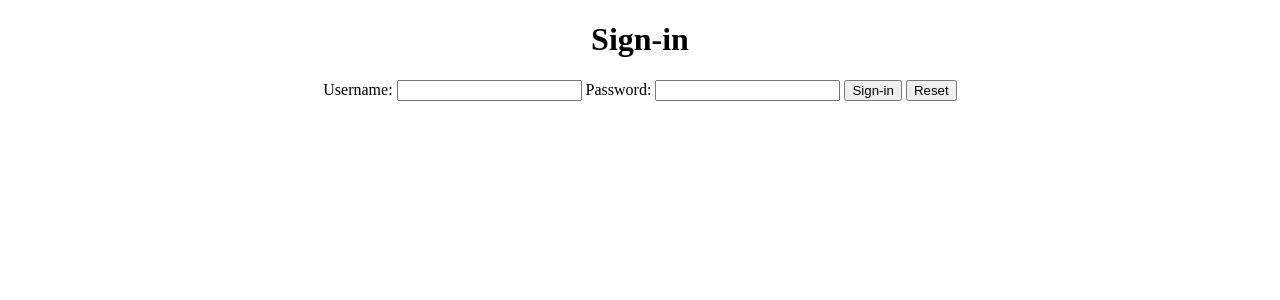
Repository: shounakmk219/training
Page: week2/Fakebook/WebContent/index.html
The author's editor kept a copy of each file at every save. The page is drawn from the files as they stood at one save, then again after the next save.
The browser window is 1280 px wide. The pictures show the whole page.

Above is the page before, as saved 2019-07-10 09:21:37.

After the next save:
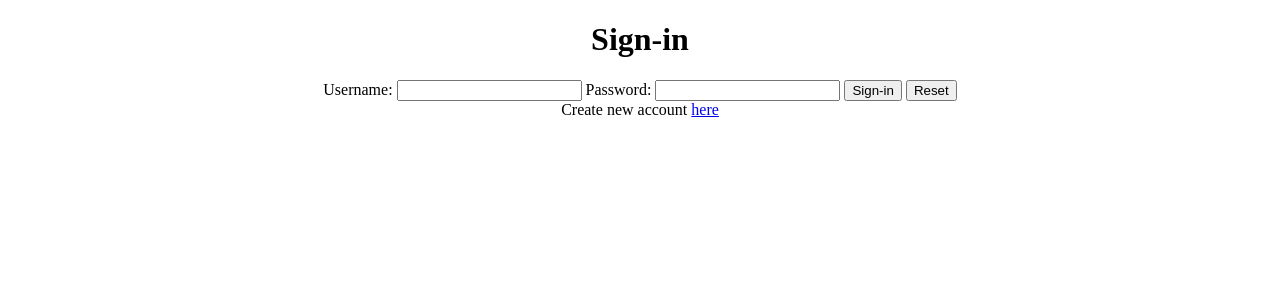
Saved 65 s later.
--- a/week2/Fakebook/WebContent/index.html
+++ b/week2/Fakebook/WebContent/index.html
@@ -13,6 +13,7 @@
 		<input type="submit" value="Sign-in">
 		<input type="reset" value="Reset">
 	</form>
+	Create new account <a href="sign-up">here</a>
 </center>
 
 
